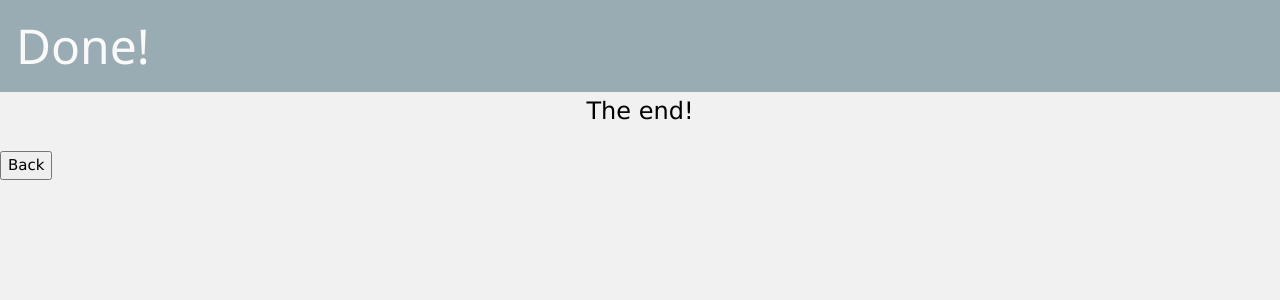
Repository: OleksandrDoskaliukKN313/IIC
Page: http://localhost/WebDictionary/en_ua
The author's editor kept a copy of each file at every save. The page is drawn from the files as they stood at one save, then again after the next save.
The browser window is 1280 px wide. The pictures show the whole page.
The page is served by Tomcat 9. Queries for data that is not in the repository find no rows.

Above is the page before, as saved 2020-10-12 10:37:26.

After the next save:
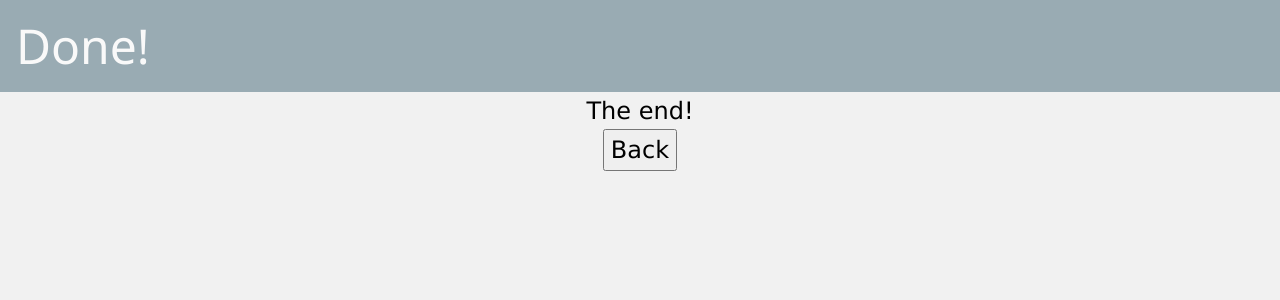
Saved 24 s later.
--- a/WebDictionary/WebContent/done.jsp
+++ b/WebDictionary/WebContent/done.jsp
@@ -13,9 +13,10 @@
     </div>
     <div class = "w3-xlarge w3-container w3-center">
     The end!
+    <br>
+<button onclick="location.href='index.html'">Back</button>
     </div>
 
-<br>
-<button onclick="location.href='index.html'">Back</button>
+
 </body>
 </html>
